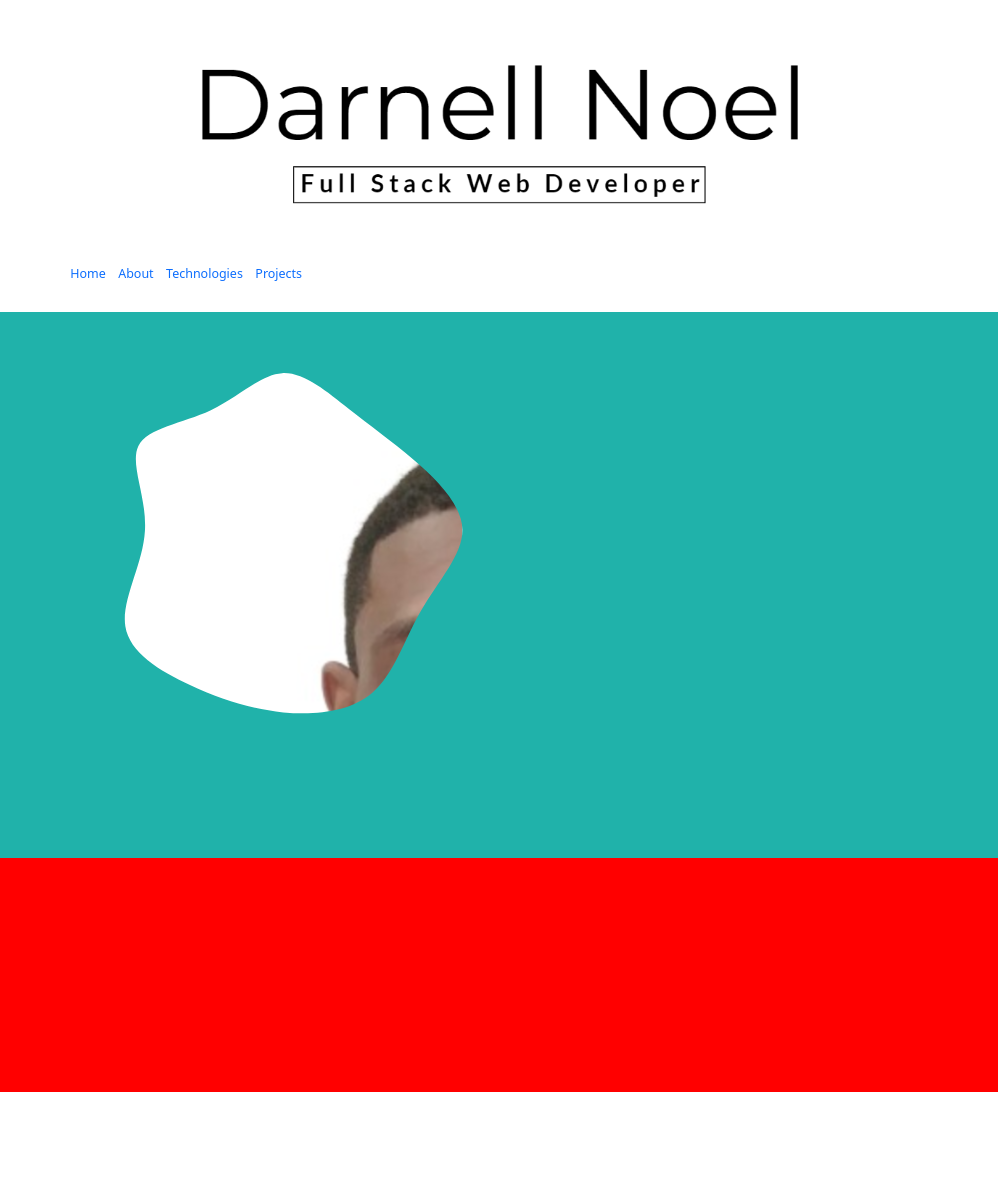
Repository: DNoel26/My_Dev_Portfolio
Page: index.html
An editor plug-in stored every save of this project. The page is shown before and after a run of saves, followed by the edit.
The browser window is 1280 px wide. The pictures show the whole page, at 78% of full size.

Above is the page before, as saved 2021-01-28 18:59:20.

### index.html
<!DOCTYPE html>
<html lang="en">
<head>
    <meta charset="UTF-8">
    <meta name="viewport" content="width=device-width, initial-scale=1.0">
    <title>Homepage | Darnell Noel | Professional Portfolio | Full Stack Web Development</title>
    <link href="https://cdn.jsdelivr.net/npm/bootstrap@5.0.0-beta1/dist/css/bootstrap.min.css" rel="stylesheet" integrity="sha384-giJF6kkoqNQ00vy+HMDP7azOuL0xtbfIcaT9wjKHr8RbDVddVHyTfAAsrekwKmP1" crossorigin="anonymous">
    <link rel="stylesheet" href="/css/style.css">
</head>
<body>
    <header>
        <div class="container">
            <nav class="navbar navbar-expand-md">
                <!--Logo-->
                <div class="logo">
                    <a href="/" class="navbar-brand logo-link"><img src="/img/Darnell Noel-logos_black.png" alt="Darnell Noel's Full Stack Web Development Logo for his portfolio" class="img-fluid logo-img"></a>
                </div>
            </nav>
            <nav class="navbar navbar-expand-md">
                <!--Nav Links-->
                <ul class="navbar-nav">
                    <li class="nav-item">
                        <a href="/" class="nav-link">Home</a>
                    </li>
                    <li class="nav-item">
                        <a href="#about" class="nav-link">About</a>
                    </li>
                    <li class="nav-item">
                        <a href="#technologies" class="nav-link">Technologies</a>
                    </li>
                    <li class="nav-item">
                        <a href="#projects" class="nav-link">Projects</a>
                    </li>
                </ul>
            </nav>
        </div>
    </header>
    <main>
        <div>
            <section class="hero">
                <div class="container mx-auto">
                    <!--<img src="/img/profile_pic.jpg" alt="Darnell Noel's profile pic" class="prof-pic svg-clip">-->
                    <svg viewBox="0 0 400 400" xmlns="http://www.w3.org/2000/svg">
                        <defs>
                            <pattern id="img-pattern" x="-0.15" y="-0.10" width="1.15" height="1.15">
                                <image href="/img/profile_pic_white_bg.jpg"/>
                            </pattern>
                        </defs>
                        <path fill="url(#img-pattern)" d="M30.8,-55.5C40.8,-47.6,50.2,-41,60.8,-32C71.3,-23,82.9,-11.5,83.1,0.1C83.2,11.7,72,23.4,64.2,37.1C56.3,50.7,51.8,66.4,41.7,75C31.6,83.7,15.8,85.4,0.8,84C-14.1,82.5,-28.2,77.9,-42.1,71.4C-56.1,64.9,-69.9,56.6,-71.8,44.4C-73.7,32.2,-63.7,16.1,-62.8,0.6C-61.8,-15,-69.9,-30,-65.8,-38.4C-61.7,-46.9,-45.5,-48.8,-32.5,-54.9C-19.5,-61,-9.8,-71.3,0.3,-71.9C10.4,-72.4,20.9,-63.3,30.8,-55.5Z" transform="translate(100 100)" />

                        <!--<defs>
                            <clipPath id="svg-clip">
                                <path d="M45.8,-76.7C59.5,-71.3,70.9,-59.4,77.1,-45.6C83.2,-31.7,84.1,-15.8,84.8,0.4C85.4,16.6,85.9,33.2,78.2,44.4C70.5,55.6,54.6,61.4,40.2,65.7C25.9,70.1,12.9,72.9,-0.9,74.5C-14.7,76,-29.4,76.2,-41.2,70.4C-53,64.5,-61.8,52.7,-69.1,39.9C-76.3,27.2,-82,13.6,-82.4,-0.2C-82.7,-14,-77.7,-28,-69.4,-38.9C-61,-49.7,-49.4,-57.5,-37.2,-63.8C-25.1,-70,-12.6,-74.8,1.7,-77.8C16,-80.8,32,-82,45.8,-76.7Z" transform="translate(100 100)" />
                            </clipPath>
                        </defs>-->
                    </svg>
                </div>
            </section>
        </div>
    </main>
    <footer>
        <div class="container-fluid">

        </div>
    </footer>
    <script src="https://cdn.jsdelivr.net/npm/bootstrap@5.0.0-beta1/dist/js/bootstrap.bundle.min.js" integrity="sha384-ygbV9kiqUc6oa4msXn9868pTtWMgiQaeYH7/t7LECLbyPA2x65Kgf80OJFdroafW" crossorigin="anonymous"></script>
</body>
</html>

### css/style.css
header {
    /*height: 150px;
    background-color: blue;*/
}

header nav:first-child {
    height: 300px;
}

header nav:last-child {
    height: 100px;
}

footer {
    background-color: red;
    height: 300px;
}

.logo {
    padding-top: 50px;
}

.hero {
    height: 700px;
    background-color: lightseagreen;
}

.hero div {
    height: 100%;
}

/*.prof-pic.svg-clip {
    height: 100%;
    -webkit-clip-path: url(#svg-clip);
    clip-path: url(#svg-clip);
}*/

svg image {
    height: 100%;
    width: auto;
    display: block;
}

After the next 2 saves:
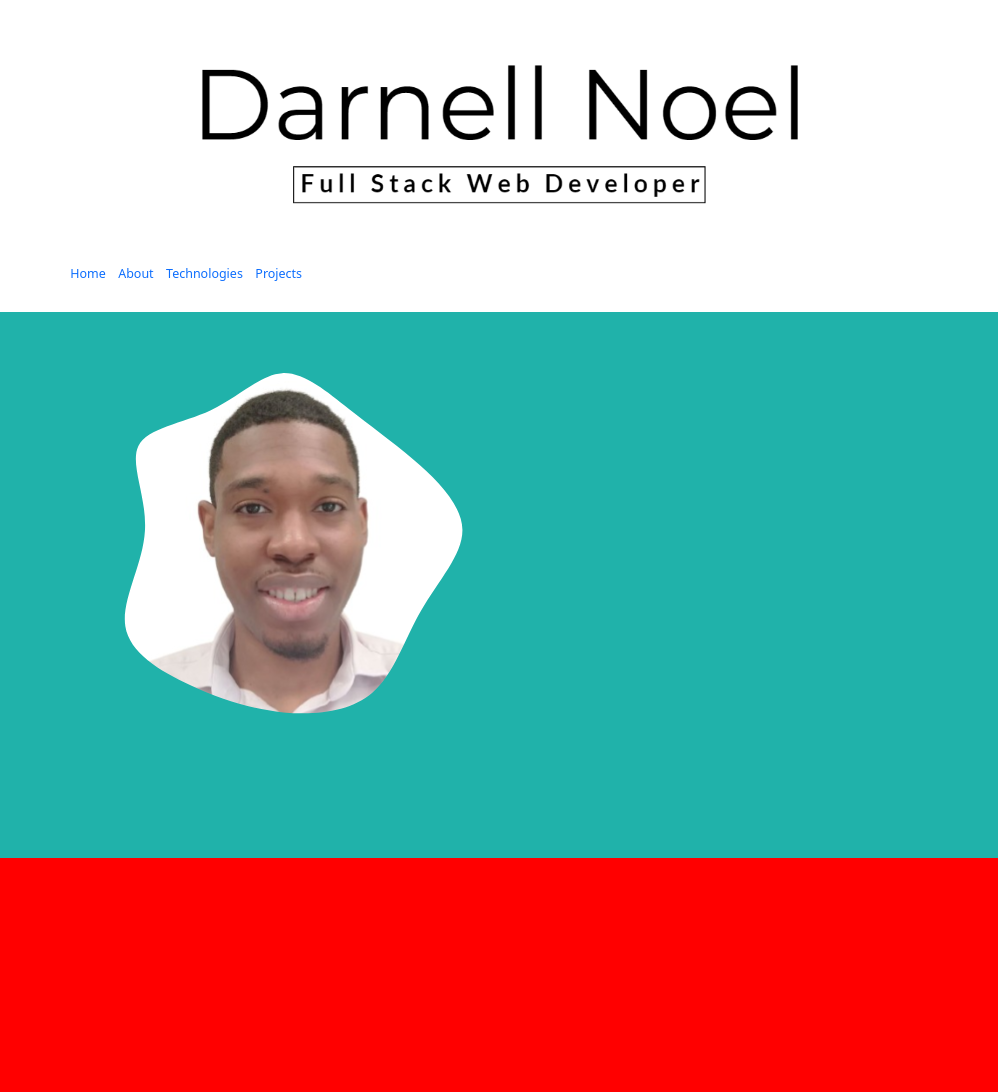
The 2 saves are shown as one change because they came seconds apart.
The last was saved 7 s later.
--- a/index.html
+++ b/index.html
@@ -40,7 +40,7 @@
             <section class="hero">
                 <div class="container mx-auto">
                     <!--<img src="/img/profile_pic.jpg" alt="Darnell Noel's profile pic" class="prof-pic svg-clip">-->
-                    <svg viewBox="0 0 400 400" xmlns="http://www.w3.org/2000/svg">
+                    <svg viewBox="0 0 400 200" xmlns="http://www.w3.org/2000/svg">
                         <defs>
                             <pattern id="img-pattern" x="-0.15" y="-0.10" width="1.15" height="1.15">
                                 <image href="/img/profile_pic_white_bg.jpg"/>
